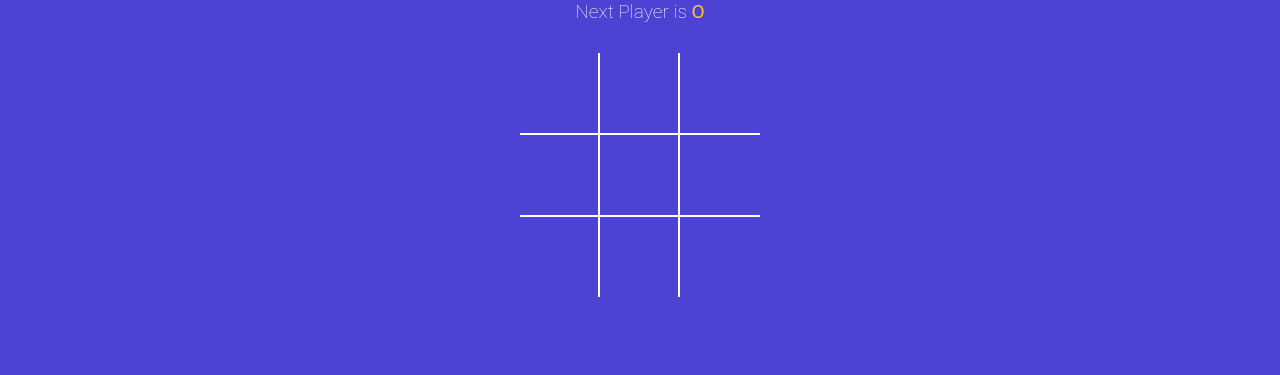
Repository: NoobAjay/tictactoe-game
Page: /
These files come from the project's save history. The page is drawn as it stood at one moment and after a run of saves; the edit follows.
The browser window is 1280 px wide. The pictures show the whole page.
The project was rebuilt for these pictures with package versions that can differ from the ones it lists, and the page was loaded fresh each time. Also part of the build but not shown: vite.config.js.

Above is the page before, as saved 2023-03-22 13:26:25.

### src/App.jsx
import './styles.scss';
import { useState } from 'react';
import Board from './components/Board';
import { calculateWinner } from './winner';
import StatusMessage from './components/StatusMessage';
import History from './components/History';

function App() {
  const [history, setHistory] = useState([
    { squares: Array(9).fill(null), isXNext: false },
  ]);

  const [currentMove, setCurrentMove] = useState(0);

  const gamingBoard = history[currentMove];

  const winner = calculateWinner(gamingBoard.squares);
  console.log({ history, currentMove });

  const handleSquareClick = clickedPosition => {
    if (gamingBoard.squares[clickedPosition] || winner) {
      return;
    }
    setHistory(currentHistory => {
      const lastGamingState = history[history.length - 1];

      const nextSquareState = lastGamingState.squares.map(
        (squareValue, position) => {
          if (clickedPosition === position) {
            return lastGamingState.isXNext ? 'X' : '0';
          }
          return squareValue;
        }
      );

      return currentHistory.concat({
        squares: nextSquareState,
        isXNext: !lastGamingState.isXNext,
      });
    });

    setCurrentMove(move => move + 1);
  };

  return (
    <div className="app">
      <StatusMessage winner={winner} gamingBoard={gamingBoard} />
      <Board
        squares={gamingBoard.squares}
        handleSquareClick={handleSquareClick}
      />
      <History history={history} />
    </div>
  );
}

export default App;

### src/components/Board.jsx
import React from 'react';
import Square from './Square';

const Board = ({ squares, handleSquareClick }) => {
  const renderSquare = position => {
    return (
      <Square
        value={squares[position]}
        onClick={() => handleSquareClick(position)}
      />
    );
  };
  return (
    <div className="board">
      <div className="board-row">
        {renderSquare(0)}
        {renderSquare(1)}
        {renderSquare(2)}
      </div>
      <div className="board-row">
        {renderSquare(3)}
        {renderSquare(4)}
        {renderSquare(5)}
      </div>
      <div className="board-row">
        {renderSquare(6)}
        {renderSquare(7)}
        {renderSquare(8)}
      </div>
    </div>
  );
};

export default Board;

### src/components/StatusMessage.jsx
import React from 'react';

const StatusMessage = ({ winner, gamingBoard }) => {
  const { squares, isXNext } = gamingBoard;
  const noMovesLeft = squares.every(squareValue => squareValue !== null);
  const nextPlayer = isXNext ? 'X' : 'O';

  const renderStatusMessage = () => {
    if (winner) {
      return (
        <React.Fragment>
          {' '}
          Next Player is {''}
          <span className={winner === 'X' ? 'text-green' : 'text-orange'}>
            {winner}
          </span>
        </React.Fragment>
      );
    }
    if (!winner && noMovesLeft) {
      return (
        <React.Fragment>
          <span className="text-orange"> O </span> and {''}
          <span className="text-green "> X</span> tied
        </React.Fragment>
      );
    }
    if (!winner && !noMovesLeft) {
      return (
        <React.Fragment>
          Next Player is {''}
          <span className={isXNext ? 'text-green' : 'text-orange'}>
            {nextPlayer}
          </span>
        </React.Fragment>
      );
    }
    return null;
  };

  return <div className="status-message">{renderStatusMessage()}</div>;
};

export default StatusMessage;

### src/components/History.jsx
import React from 'react';

const History = ({ history }) => {
  return (
    <div>
      <ul>
        {history.map(() => {
          <div>Hello</div>;
        })}
      </ul>
    </div>
  );
};

export default History;

Loaded but not shown: index.html (common file); src/main.jsx (common file); src/styles.scss (common file); src/winner.js (common file); src/components/Square.jsx (common file)

After the next 2 saves:
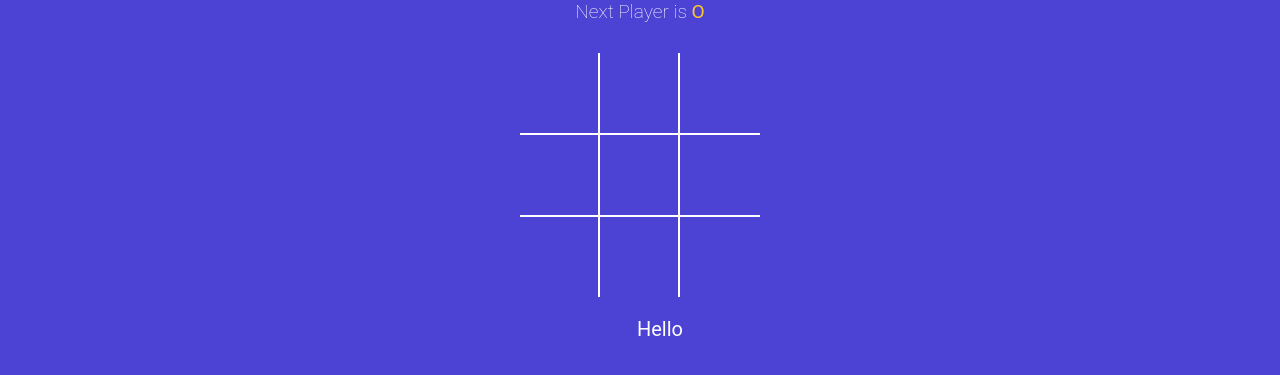
The 2 saves are shown as one change because 1 did not build or start.
The last was saved 3 min 47 s later.
--- a/src/components/History.jsx
+++ b/src/components/History.jsx
@@ -4,9 +4,9 @@ const History = ({ history }) => {
   return (
     <div>
       <ul>
-        {history.map(() => {
-          <div>Hello</div>;
-        })}
+        {history.map(() => (
+          <div>Hello</div>
+        ))}
       </ul>
     </div>
   );
